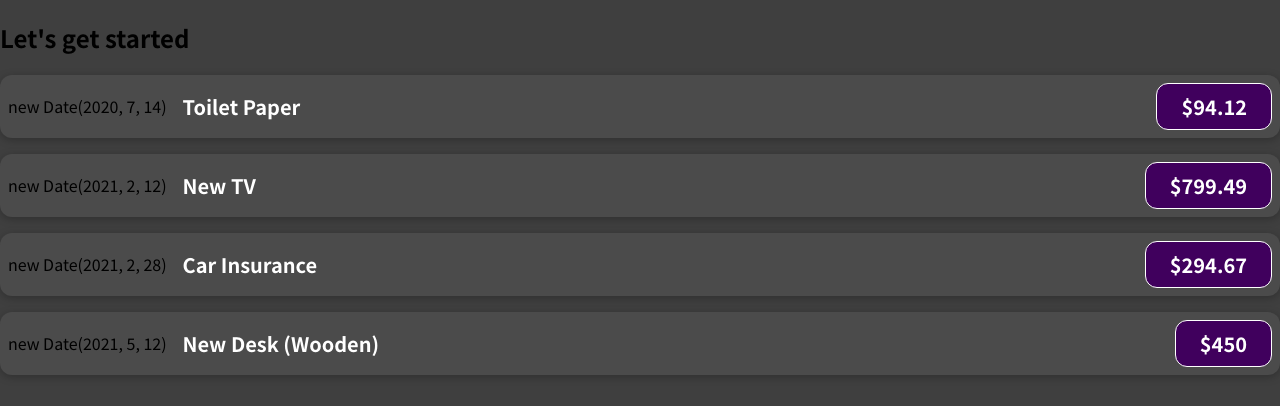
Repository: runner855/expense-tracker
Page: /
An editor plug-in stored every save of this project. The page is shown before and after the next save, followed by the edit.
The browser window is 1280 px wide. The pictures show the whole page.
The project was rebuilt for these pictures with package versions that can differ from the ones it lists, and the page was loaded fresh each time.

Above is the page before, as saved 2022-09-02 14:32:20.

After the next save:
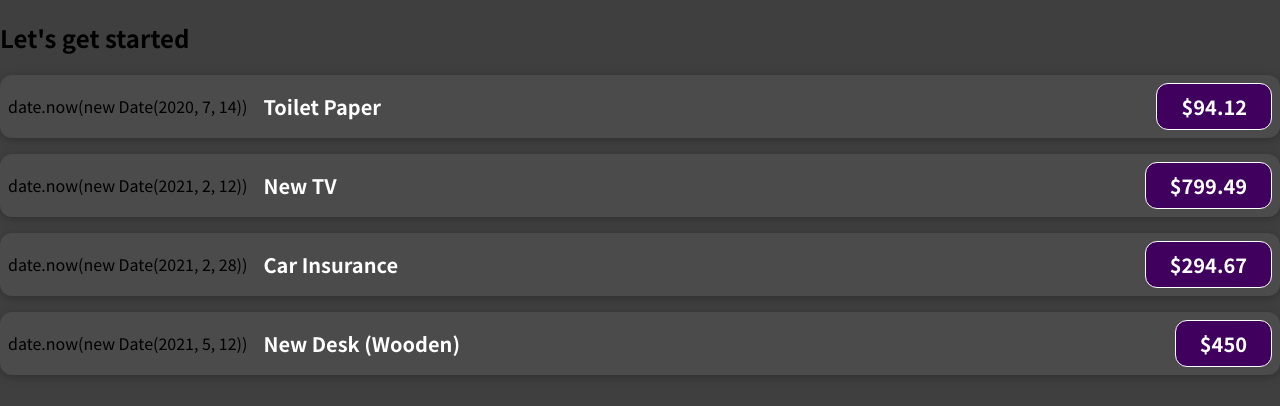
Saved 25 s later.
--- a/src/components/ExpenseItem.js
+++ b/src/components/ExpenseItem.js
@@ -10,7 +10,7 @@
   return (
     <div className='expense-item'>
       <div className='expense-item__date'>
-        {`${date}`}
+        date.now({`${date}`})
       </div>
       <div className='expense-item__description'>
         <h2>{`${title}`}</h2>

After the 3 saves that followed:
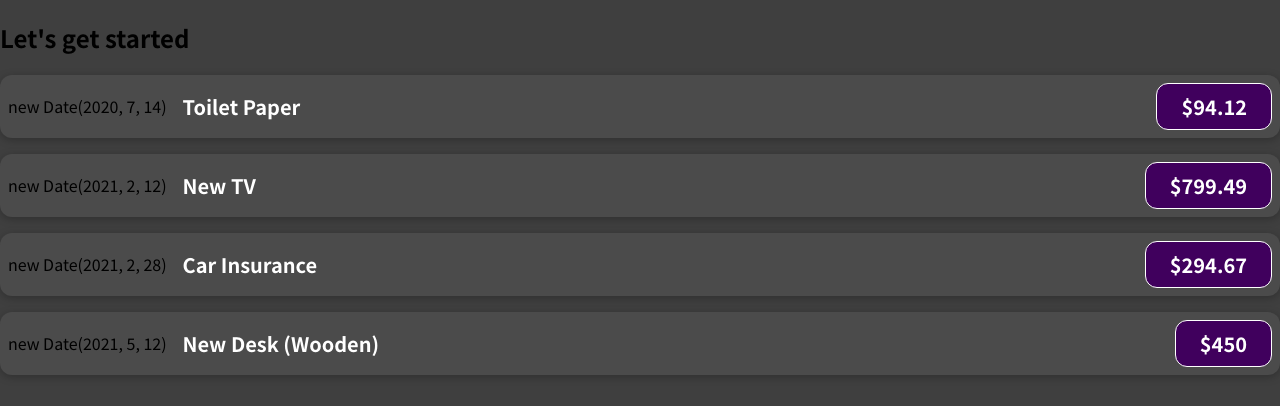
The 3 saves are shown as one change because 2 did not build or start.
The last was saved 51 s later.
--- a/src/components/ExpenseItem.js
+++ b/src/components/ExpenseItem.js
@@ -10,7 +10,7 @@
   return (
     <div className='expense-item'>
       <div className='expense-item__date'>
-        date.now({`${date}`})
+        {`${date}`}
       </div>
       <div className='expense-item__description'>
         <h2>{`${title}`}</h2>
